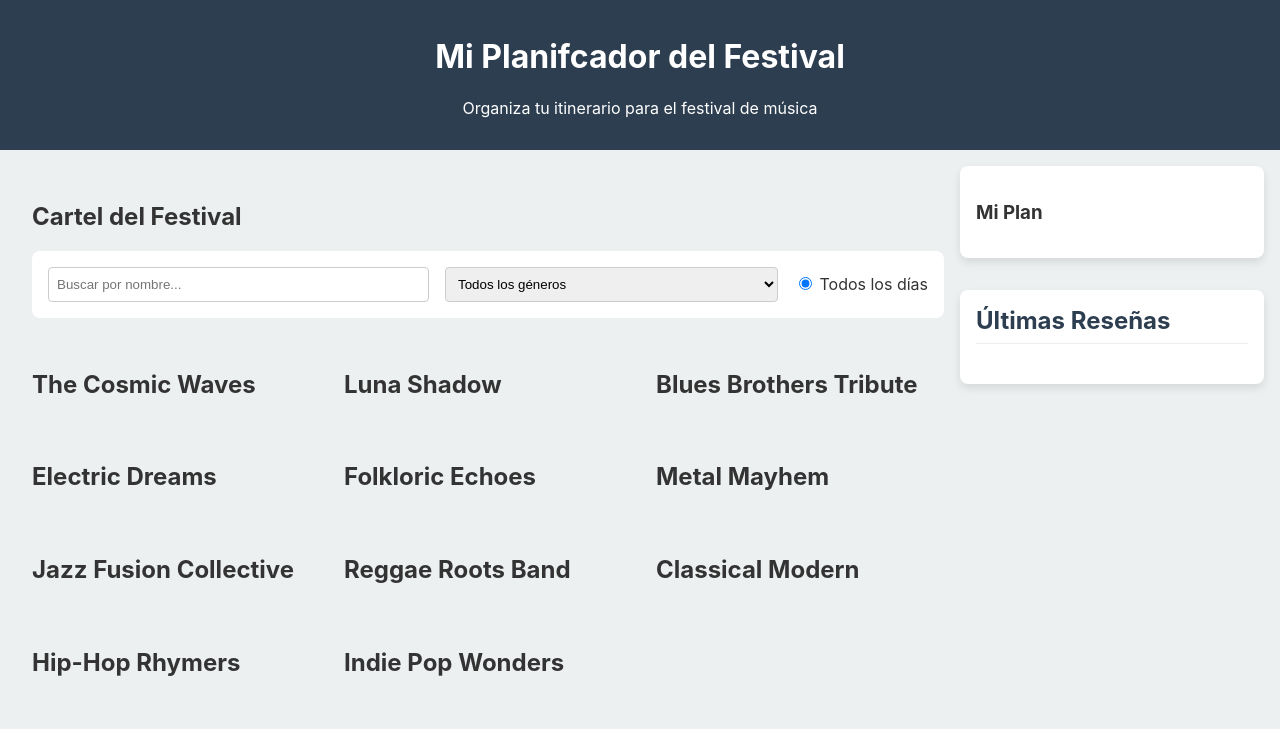
Repository: covaa15/DWEC
Page: Examen12_12_2025/index.html
An editor plug-in stored every save of this project. The page is shown before and after the next save, followed by the edit.
The browser window is 1280 px wide. The pictures show the whole page.

Above is the page before, as saved 2025-12-12 11:31:57.

After the next save:
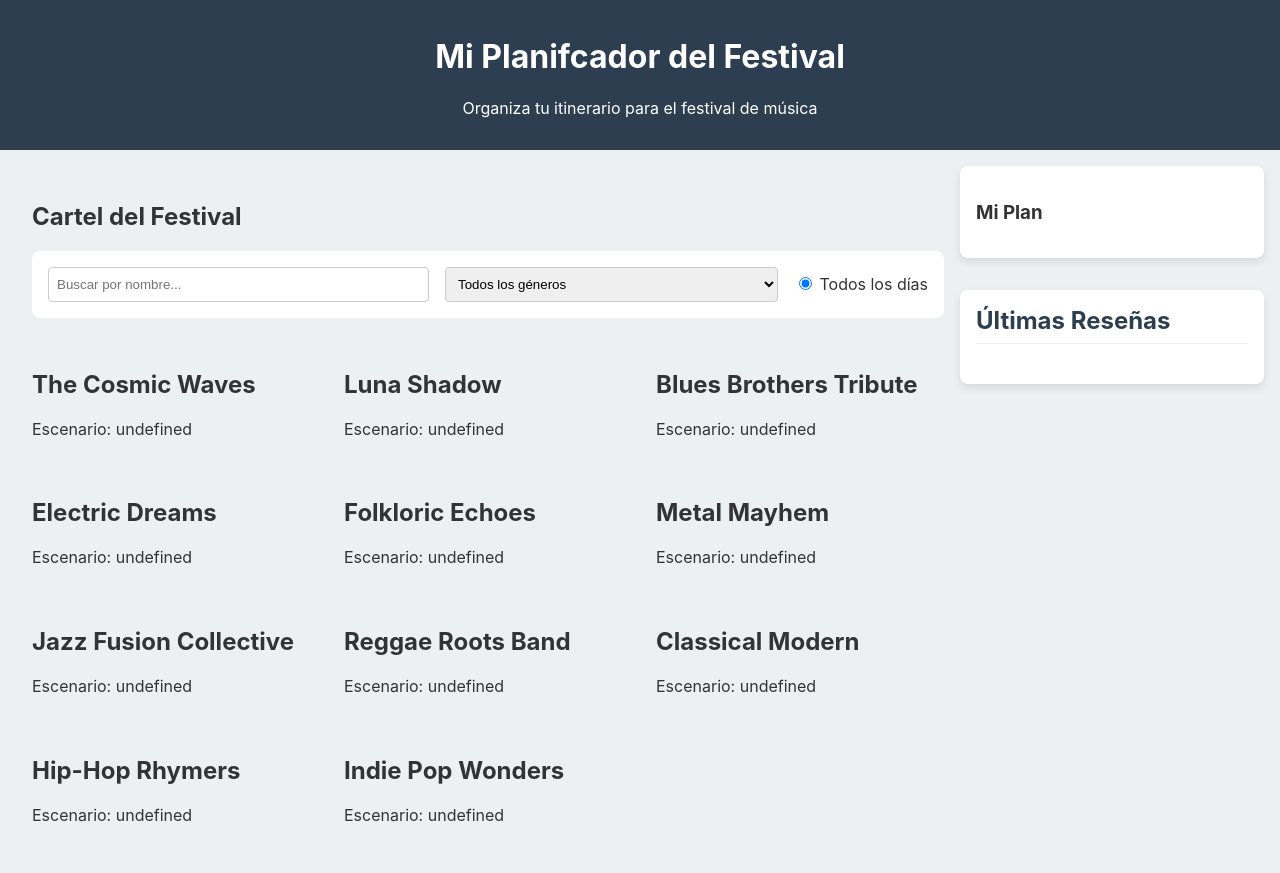
Saved 44 s later.
--- a/Examen12_12_2025/js/main.js
+++ b/Examen12_12_2025/js/main.js
@@ -49,6 +49,7 @@ function mostrarArtistas(artistas) {
 
         card.innerHTML = `
         <h2>${artista.nombre}</h2>
+        <p>Escenario: ${escenario}</p>
        `
         contenedorArtistas.appendChild(card);
     });
